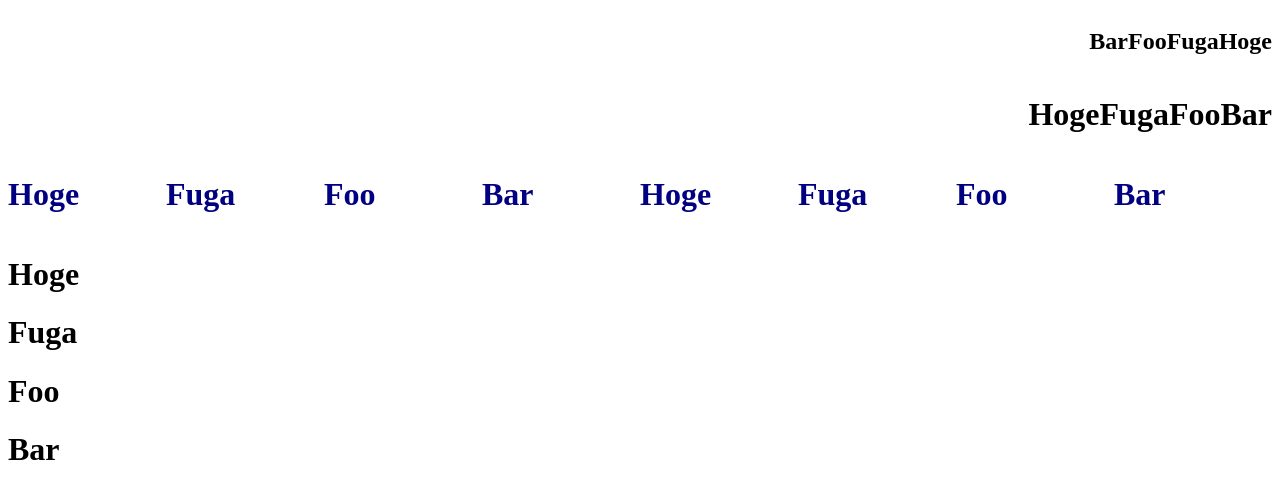
Repository: oubuzenmei/samurai_HTML-CSS
Page: index/images/hoge.html
The author's editor kept a record of every edit. The page is drawn from the files as they stood at one moment, then again after the next edit.
The browser window is 1280 px wide. The pictures show the whole page.

Above is the page before.

After the next edit:
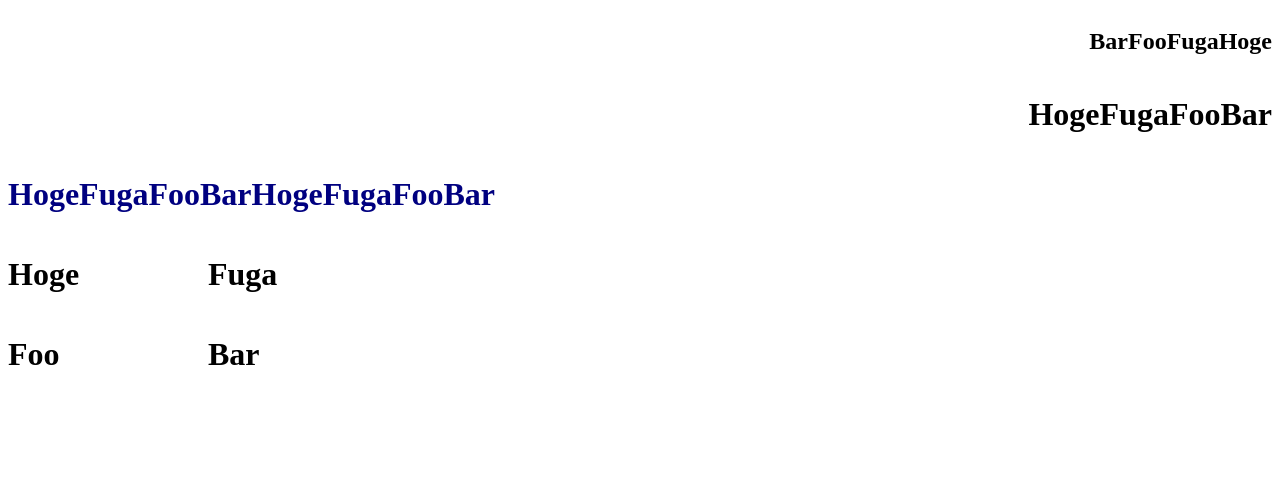
The edit:
--- a/index/images/hoge.html
+++ b/index/images/hoge.html
@@ -54,8 +54,10 @@
                 align-content: stretch;
                 color: navy;
             }
-            #stretch h1 {
-                width: 80%;
+
+            #grid {
+                display: grid;
+                grid-template-columns: 200px 200px;
             }
         </style>
     </head>
